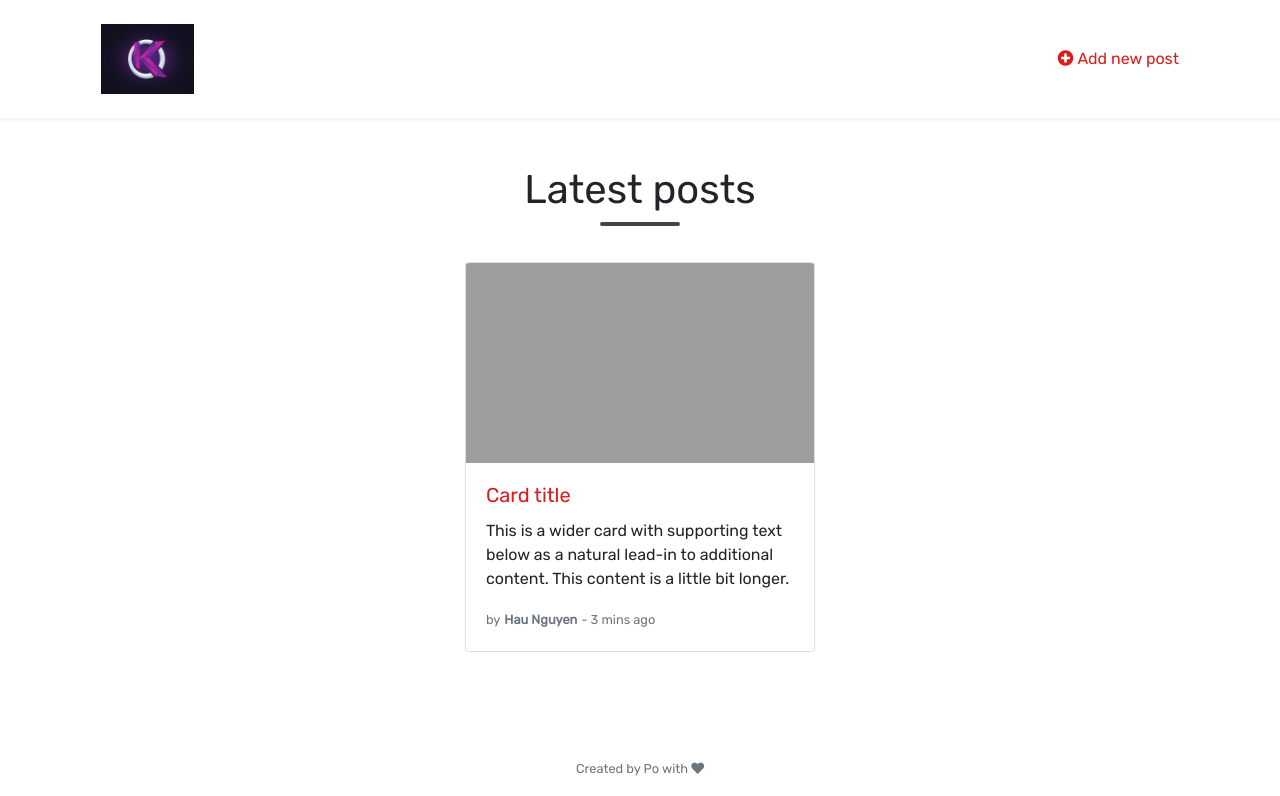
Repository: khuong30082000/project-post-ui-vanilla
Page: index.html
These files come from the project's save history. The page is drawn as it stood at one moment and after the next save; the edit follows.
The browser window is 1280 px wide. The pictures show the whole page.
Pictures or frames that could not be fetched are drawn as grey boxes. Some web libraries are served in a nearby version.

Above is the page before, as saved 2022-05-26 13:12:48.

### index.html
<!DOCTYPE html>
<html lang="en">

<head>
  <meta charset="UTF-8" />
  <meta name="viewport" content="width=device-width, initial-scale=1.0" />
  <meta http-equiv="X-UA-Compatible" content="ie=edge" />
  <title>Posts UI</title>

  <link rel="shortcut icon" href="images/favicon.png" type="image/png" />

  <!-- Bootstrap CSS -->
  <link rel="stylesheet" href="https://stackpath.bootstrapcdn.com/bootstrap/4.3.1/css/bootstrap.min.css"
    integrity="sha384-ggOyR0iXCbMQv3Xipma34MD+dH/1fQ784/j6cY/iJTQUOhcWr7x9JvoRxT2MZw1T" crossorigin="anonymous" />

  <!-- Font awesome -->
  <link rel="stylesheet" href="https://use.fontawesome.com/releases/v5.8.2/css/all.css"
    integrity="sha384-oS3vJWv+0UjzBfQzYUhtDYW+Pj2yciDJxpsK1OYPAYjqT085Qq/1cq5FLXAZQ7Ay" crossorigin="anonymous" />

  <!-- Use font Rubik -->
  <link href="https://fonts.googleapis.com/css?family=Rubik&display=swap" rel="stylesheet" />

  <!-- Internal CSS -->
  <link rel="stylesheet" href="/styles/main.css" />
  <link rel="stylesheet" href="/styles/home.css" />
</head>

<body>
  <!-- This is a template HTML for a post item -->
  <template id="postItemTemplate">
    <li class="col-12 col-md-6 col-lg-4">
      <div class="post-item mb-4">
        <div class="card">
          <img data-id="thumbnail" src="images/recipe.jpg" class="card-img-top" alt="recipe" />

          <div class="card-body">
            <h5 data-id="title" class="card-title">Card title</h5>

            <p data-id="description" class="card-text">
              This is a wider card with supporting text below as a natural
              lead-in to additional content. This content is a little bit
              longer.
            </p>

            <p class="card-text">
              <small class="text-muted">by</small>
              <small data-id="author" class="text-muted font-weight-bold">
                Hau Nguyen
              </small>
              <small data-id="timeSpan" class="text-muted">
                - 3 mins ago
              </small>
            </p>
          </div>
        </div>

        <div class="post-item-menu">
          <div data-id="edit" class="menu-item rounded-circle" role="button">
            <i class="fas fa-pen"></i>
          </div>
          <div data-id="remove" class="remove-button menu-item rounded-circle" role="button">
            <i class="fas fa-trash"></i>
          </div>
        </div>
      </div>
    </li>
  </template>

  <header>
    <!-- Navigation
      - Please note that we use an empty item to make sure that we always have 3 flex-items
        so logo is at centered, and the left and the right item can be optional by leaving it empty
    -->
    <nav class="top-nav shadow-sm py-3">
      <div class="container">
        <ul class="nav justify-content-between align-items-center">
          <li class="nav-item">
            <a class="nav-link" href="">
              <img class="nav__logo" src="images/favicon.png" alt="Logo Nordic Coder" />
            </a>
          </li>

          <li class="nav-item">
            <a class="nav-link" href="add-edit-post.html"><i class="fas fa-plus-circle mr-1"></i>Add new post</a>
          </li>
        </ul>
      </div>
    </nav>
  </header>

  <main>
    <section class="posts-section">
      <div class="container">
        <h1 class="with-underline text-center">Latest posts</h1>

        <!-- Posts list -->
        <ul id="postsList" class="row posts-list justify-content-center">
          <li class="col-12 col-md-6 col-lg-4">
            <div class="post-item mb-4">
              <div class="card">
                <img src="images/recipe.jpg" class="card-img-top" alt="recipe"
                  onerror="this.onerror=null;this.src='https://picsum.photos/1368/400';" />

                <div class="card-body">
                  <h5 class="card-title">Card title</h5>

                  <p class="card-text">
                    This is a wider card with supporting text below as a
                    natural lead-in to additional content. This content is a
                    little bit longer.
                  </p>

                  <p class="card-text">
                    <small class="text-muted">by</small>
                    <small class="text-muted font-weight-bold">Hau Nguyen</small>
                    <small class="text-muted">- 3 mins ago</small>
                  </p>
                </div>
              </div>

              <div class="post-item-menu">
                <div class="menu-item rounded-circle">
                  <i class="fas fa-pen"></i>
                </div>
                <div class="menu-item rounded-circle">
                  <i class="fas fa-trash"></i>
                </div>
              </div>
            </div>
          </li>
        </ul>

        <!-- Posts pagination -->
        <nav class="posts-nav" aria-label="Posts navigation">
          <ul hidden id="postsPagination" class="pagination justify-content-center">
            <li class="page-item">
              <a class="page-link" href="#" aria-label="Previous">
                <span aria-hidden="true">&laquo;</span>
              </a>
            </li>
            <li class="page-item"><a class="page-link" href="#">1</a></li>
            <li class="page-item"><a class="page-link" href="#">2</a></li>
            <li class="page-item"><a class="page-link" href="#">3</a></li>
            <li class="page-item">
              <a class="page-link" href="#" aria-label="Next">
                <span aria-hidden="true">&raquo;</span>
              </a>
            </li>
          </ul>
        </nav>
      </div>
    </section>
  </main>

  <footer class="text-center text-muted py-3">
    <small>Created by Po with <i class="fas fa-heart"></i></small>
  </footer>

  <!-- Scripts should be placed here to prevent blocking render UI -->
  <script type="module" src="/js/main.js"></script>
</body>

</html>

### styles/main.css
* {
  padding: 0;
  margin: 0;
  box-sizing: border-box;
}

body {
  /* Make footer always at bottom of our screen */
  display: flex;
  flex-flow: column;
  min-height: 100vh;

  font-family: "Rubik", sans-serif;
}

body > main {
  flex: 1 1 auto;
}

:root {
  --primary-color: #dc1b1b;
}

/* Override link style */
a {
  color: var(--primary-color);
}

a:hover {
  color: var(--primary-color);
  opacity: 0.8;
}

a > i {
  transition: all 0.25s;
}

a:hover > i {
  transform: rotate(90deg);
}

/* Add underline for all h1 */
h1.with-underline {
  position: relative;
  margin-bottom: 3rem;
}

h1.with-underline::after {
  content: "";
  position: absolute;
  top: calc(100% + 0.5rem);
  left: 0;
  right: 0;

  width: 5rem;
  height: 0.25rem;
  margin: 0 auto;
  border-radius: 0.25rem;

  background-color: #444;
}

/* Reset ul style */
ul {
  list-style-type: none;
}

::placeholder {
  font-style: italic;
}

.nav .nav__logo {
  height: 70px;
  width: auto;
}

### styles/home.css
.posts-section {
  padding: 3rem 0;
}

.posts-section .post-item .card-title {
  color: var(--primary-color);
}

/* Add box shadow on card hover */
.posts-section .post-item:hover {
  box-shadow: 0 0.5rem 1rem rgba(0, 0, 0, 0.15);
  cursor: pointer;
}

/* Zoom card image when hover on card */
.posts-section .post-item {
  overflow: hidden;
}
.posts-section .post-item .card-img-top {
  height: 200px;
  width: auto;
  transition: all 0.5s;
}
.posts-section .post-item:hover .card-img-top {
  transform: scale(1.1);
}

/* Show menu on card hover */
.posts-section .post-item {
  position: relative;
}

.posts-section .post-item .post-item-menu {
  transform: scale(1);
  opacity: 1;
}

@media only screen and (min-width: 768px) {
  .posts-section .post-item .post-item-menu {
    transform: scale(0.5);
    opacity: 0;
  }

  .posts-section .post-item:hover .post-item-menu {
    transform: scale(1);
    opacity: 1;
  }
}

.posts-section .post-item-menu {
  position: absolute;
  top: 1rem;
  right: 1rem;

  transition: all 0.5s;
  transform: scale(0.5);
  transform-origin: top;
  opacity: 0;
}

.posts-section .post-item-menu .menu-item {
  display: flex;
  flex-flow: row nowrap;
  align-items: center;
  justify-content: center;

  width: 2.5rem;
  height: 2.5rem;
  margin-bottom: 1rem;

  color: rgba(255, 255, 255, 0.5);
  background-color: #444;

  transition: all 0.35s;
  opacity: 0.7;
}

.posts-section .post-item-menu .menu-item:hover {
  color: white;
  background-color: black;
  opacity: 1;
}

/**************
  POSTS NAV
*/

/* Use primary color for page link */
.posts-nav .page-item.active .page-link {
  color: white;
  background-color: var(--primary-color);
  border-color: var(--primary-color);
}

.posts-nav .page-item .page-link {
  color: #444;
}

/* Change color for page link if page item is not active */
.posts-nav .page-item:not(.active) .page-link:hover {
  color: var(--primary-color);
}

### js/main.js
console.log('main js')

After the next save:
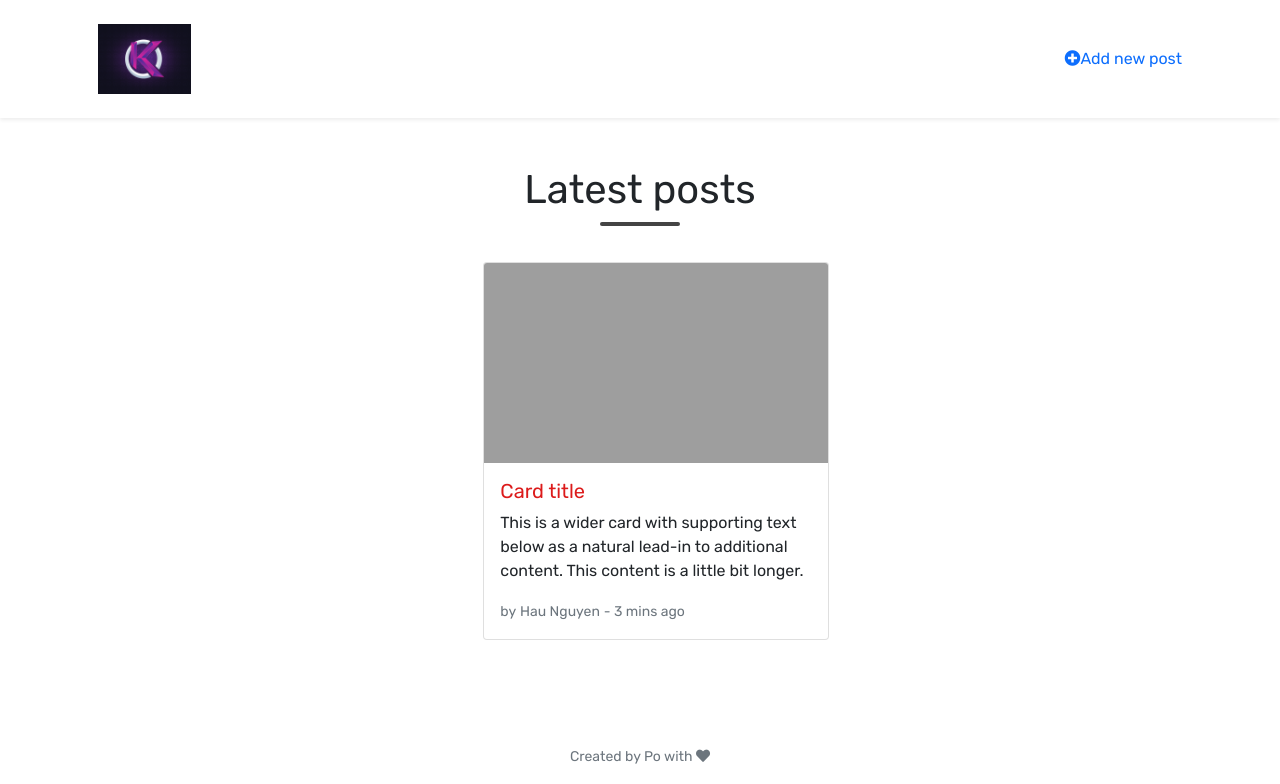
Saved 8 min 59 s later.
--- a/index.html
+++ b/index.html
@@ -10,9 +10,8 @@
   <link rel="shortcut icon" href="images/favicon.png" type="image/png" />
 
   <!-- Bootstrap CSS -->
-  <link rel="stylesheet" href="https://stackpath.bootstrapcdn.com/bootstrap/4.3.1/css/bootstrap.min.css"
-    integrity="sha384-ggOyR0iXCbMQv3Xipma34MD+dH/1fQ784/j6cY/iJTQUOhcWr7x9JvoRxT2MZw1T" crossorigin="anonymous" />
-
+  <link href="https://cdn.jsdelivr.net/npm/bootstrap@5.1.3/dist/css/bootstrap.min.css" rel="stylesheet"
+    integrity="sha384-1BmE4kWBq78iYhFldvKuhfTAU6auU8tT94WrHftjDbrCEXSU1oBoqyl2QvZ6jIW3" crossorigin="anonymous">
   <!-- Font awesome -->
   <link rel="stylesheet" href="https://use.fontawesome.com/releases/v5.8.2/css/all.css"
     integrity="sha384-oS3vJWv+0UjzBfQzYUhtDYW+Pj2yciDJxpsK1OYPAYjqT085Qq/1cq5FLXAZQ7Ay" crossorigin="anonymous" />
